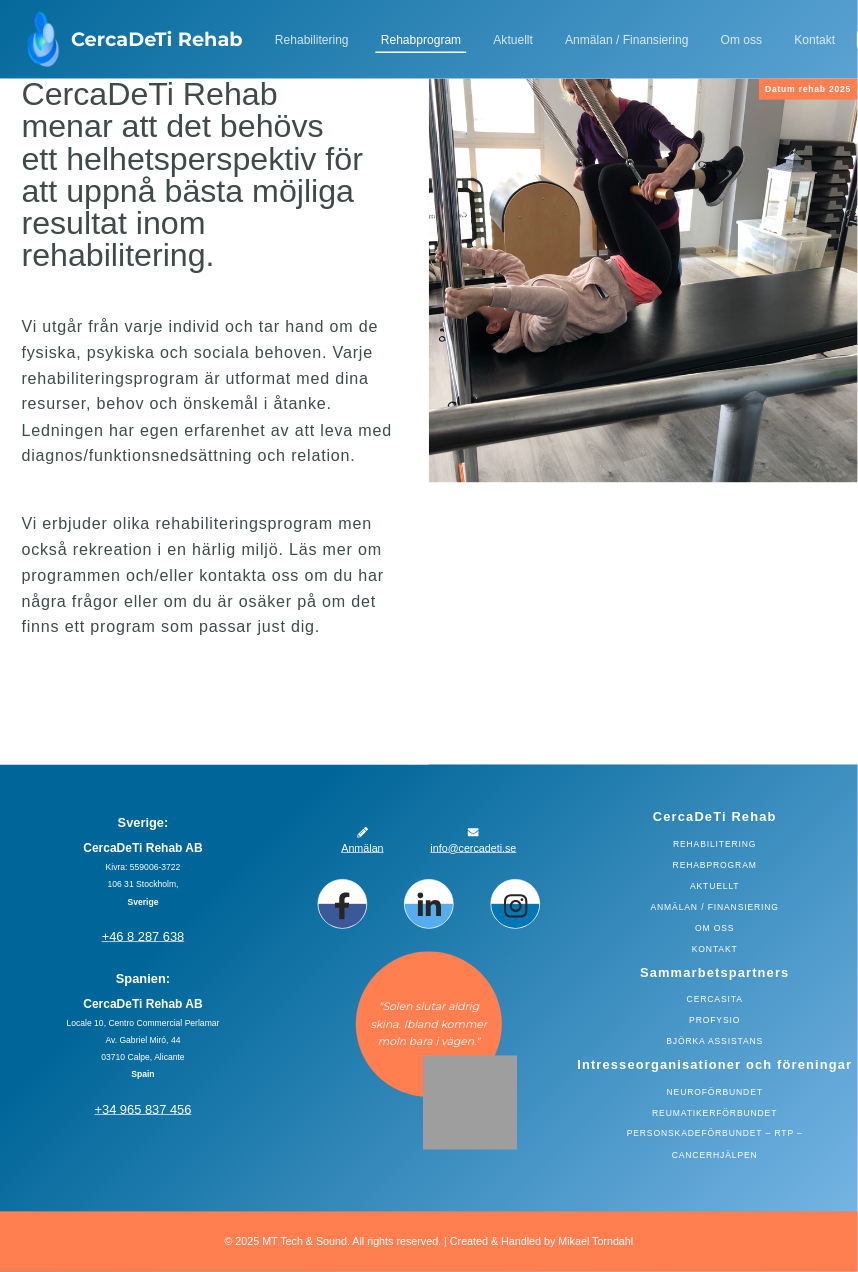
Repository: micketorndahl/CercaDeTi-rehab
Page: Rehabprogram.html
These files come from the project's save history. The page is drawn as it stood at one moment and after the next save; the edit follows.
The browser window is 1280 px wide. The pictures show the whole page, at 67% of full size.
Pictures or frames that could not be fetched are drawn as grey boxes. The page's requests for data from a server got no answer. Some web fonts or font styles are not loaded; a fallback is used. Some web libraries are served in a nearby version.

Above is the page before, as saved 2025-02-07 02:55:31.
Console error: TypeError: Cannot set properties of null (setting 'innerHTML')

### Rehabprogram.html
<!DOCTYPE html>
<html lang="en">
  <head>
    <meta charset="UTF-8" />
    <meta name="viewport" content="width=device-width, initial-scale=1.0" />

    <link
      rel="stylesheet"
      href="https://use.fontawesome.com/releases/v5.6.3/css/all.css"
      integrity="sha384-UHRtZLI+pbxtHCWp1t77Bi1L4ZtiqrqD80Kn4Z8NTSRyMA2Fd33n5dQ8lWUE00s/"
      crossorigin="anonymous"
    />

    <script src="https://cdnjs.cloudflare.com/ajax/libs/font-awesome/5.15.4/js/all.min.js"></script>

    <link rel="stylesheet" href="style.css" />
    <link rel="stylesheet" href="tailwind.css" />
    <title>CercaDeTi Rehab</title>
  </head>
  <body>
    <div class="site-container">
      <header class="header">
        <div class="logo-wrapper">
          <div class="logo">
            <div class="logo-and-text">
              <a href="index.html">
                <img src="/images/cropped-CDTR.gif" alt="Logo" />
                <h1 class="cercadeti">CercaDeTi Rehab</h1>
              </a>
            </div>
          </div>
        </div>

        <nav class="main-nav">
          <div class="nav-container">
            <ul>
              <li>
                <a href="rehabilitering.html">Rehabilitering</a>
              </li>
              <li>
                <a href="rehabprogram.html" class="active">Rehabprogram</a>
              </li>
              <li><a href="aktuellt.html">Aktuellt</a></li>
              <li><a href="anmalan-finans.html">Anmälan / Finansiering</a></li>
              <li><a href="om-oss.html">Om oss</a></li>
              <li><a href="kontakt.html">Kontakt</a></li>
            </ul>
          </div>
        </nav>

        <div class="social-container">
          <div class="social">
            <ul>
              <li>
                <a
                  href="https://www.facebook.com/CercadetiRehab/"
                  title="Facebook"
                  ><i class="fab fa-facebook-f icon"></i
                ></a>
              </li>
              <li>
                <a
                  href="https://www.linkedin.com/company/cercadeti-rehab-ab"
                  title="LinkedIn"
                  ><i class="fab fa-linkedin-in icon"></i
                ></a>
              </li>
              <li>
                <a
                  href="https://www.instagram.com/cercadetirehab/"
                  title="Instagram"
                  ><i class="fab fa-instagram icon"></i
                ></a>
              </li>
            </ul>
          </div>
          <!-- DATES START -->
          <div class="dates-index">
            <div class="card-index">
              <h3>Datum rehab 2025</h3>
              <ul>
                <li>
                  5 – 26 April 2025
                  <a href="anmalan-form.html?period=april" class="label-tag"
                    >Anmäl</a
                  >
                </li>
                <li>
                  10 – 31 Maj 2025
                  <a href="anmalan-form.html?period=maj" class="label-tag"
                    >Anmäl</a
                  >
                </li>
                <li>
                  6 – 27 September 2025
                  <a href="anmalan-form.html?period=september" class="label-tag"
                    >Anmäl</a
                  >
                </li>
                <li>
                  4 – 25 Oktober 2025
                  <a href="anmalan-form.html?period=oktober" class="label-tag"
                    >Anmäl</a
                  >
                </li>
                <li>
                  1 – 22 November 2025
                  <a href="anmalan-form.html?period=november" class="label-tag"
                    >Anmäl</a
                  >
                </li>
              </ul>
            </div>
          </div>
          <!-- DATES END -->
        </div>
      </header>

      <!-- MAIN START -->
      <main>
        <div class="container-rehabprogram">
          <div class="rehabprogram-and-banner-container">
            <section class="rehabprogram">
              <h2>
                CercaDeTi Rehab menar att det behövs ett helhetsperspektiv för
                att uppnå bästa möjliga resultat inom rehabilitering.
              </h2>
              <p>
                Vi utgår från varje individ och tar hand om de fysiska, psykiska
                och sociala behoven. Varje rehabiliteringsprogram är utformat
                med dina resurser, behov och önskemål i åtanke. Ledningen har
                egen erfarenhet av att leva med diagnos/funktionsnedsättning och
                relation.
              </p>

              <p>
                Vi erbjuder olika rehabiliteringsprogram men också rekreation i
                en härlig miljö. Läs mer om programmen och/eller kontakta oss om
                du har några frågor eller om du är osäker på om det finns ett
                program som passar just dig.
              </p>
            </section>

            <div class="banner-rehabprogram" id="banner-rehabprogram">
              <!-- Background layers -->
              <div class="image1"></div>
              <div class="image2"></div>
              <div class="image3"></div>
              <div class="image4"></div>
              <div class="image5"></div>
              <div class="image6"></div>
              <!-- Banner Content -->
              <div class="banner-content-rehabprogram">
                <div class="ctas-container">
                  <a href="#main" class="button-CTA">Program</a>
                </div>
              </div>
            </div>
          </div>

          <!-- <section class="programs-list">
            Lorem ipsum, dolor sit amet consectetur adipisicing elit. Minima
            dolorum facilis voluptate sit, et nostrum accusantium aut earum
            explicabo vitae! Similique excepturi a explicabo officiis. Deleniti
            dolor delectus nobis dolore. Aspernatur magnam hic rem mollitia
            porro corrupti quia repellendus fugit laborum nemo exercitationem
            tenetur maiores ipsa autem iure dolorem vero suscipit quibusdam,
            dolor aliquam error ad neque. Molestias, quae! Nemo? Veritatis modi
            quidem est quos? Dolorem ab libero unde ex natus minima laboriosam
            voluptates, nemo dignissimos, voluptatibus consequatur magni.
            Deserunt nihil rem molestias illum voluptatem in doloribus vel
            voluptatibus deleniti. Dolores, qui aut odio, mollitia culpa
            doloremque repellat tempora repellendus, excepturi unde quisquam.
            Alias quos, labore doloremque doloribus laboriosam aspernatur quo
            suscipit explicabo sequi quibusdam, eveniet, voluptatibus
            accusantium recusandae modi! A, voluptatum sequi explicabo incidunt
            perspiciatis quod non repellendus distinctio aliquid ab sunt vel
            dignissimos earum impedit minus voluptate, dolorem iusto labore
            officia eos perferendis corrupti dolorum fugiat. Sapiente,
            veritatis. Fuga optio quas obcaecati cum ab eligendi odio eum maxime
            nam doloremque fugiat corrupti soluta dolores qui non sunt
            praesentium, voluptates placeat error nemo voluptatem quaerat
            provident! Totam, aliquid consectetur. Adipisci delectus praesentium
            aliquid, eligendi, inventore nesciunt explicabo, ratione
            reprehenderit enim a commodi nobis sint atque? Vel, inventore. Vel
            veniam aut temporibus earum cum provident vitae ipsum sed incidunt
            ducimus? Fuga saepe est quo! Fugiat consectetur quas tempora eum id,
            sit odit nobis nihil non commodi illo rerum doloribus consequatur
            repellat dolore vitae voluptas sint saepe pariatur. Voluptates,
            eaque illo. Reprehenderit quod ea laboriosam eaque unde! Hic
            doloribus voluptatem adipisci earum incidunt sunt dolorem
            praesentium non ullam quisquam, iure quod reprehenderit recusandae
            iusto dolor autem consequatur ducimus dolorum molestiae porro.
            Labore in voluptatum quas consequuntur eos mollitia rerum. Doloribus
            veniam reprehenderit consectetur eius molestias sint asperiores
            commodi fugiat aperiam beatae! Id animi sed reiciendis cum
            blanditiis? Nihil sit dolores praesentium.
          </section> -->
        </div>
      </main>
      <!-- MAIN END -->

      <!-- FOOTER START -->
      <footer class="footer-container">
        <div class="footer-top">
          <div class="footarea1 footer-shared">
            <address class="address-shared address-se">
              <h5>Sverige:</h5>
              <strong
                ><span class="address-company-name"
                  >CercaDeTi Rehab AB</span
                ></strong
              ><br />
              <span class="address-location">Kivra: 559006-3722</span><br />
              <span class="address-city">106 31 Stockholm,</span><br />
              <span class="address-country"
                ><strong>Sverige</strong><br
              /></span>
              <br />
              <span class="telephone"
                ><a href="tel:+468287638">+46 8 287 638</a></span
              >
            </address>

            <div class="address-shared address-es">
              <address>
                <h5>Spanien:</h5>
                <strong
                  ><span class="address-company-name"
                    >CercaDeTi Rehab AB</span
                  > </strong
                ><br />
                <span class="address-location"
                  >Locale 10, Centro Commercial Perlamar</span
                ><br />
                <span class="address-street">Av. Gabriel Miró, 44</span><br />
                <span class="address-city">03710 Calpe, Alicante<br /></span>
                <span class="address-country"
                  ><strong>Spain</strong><br
                /></span>
                <br />
                <span class="telephone"
                  ><a href="tel:+34965837456">+34 965 837 456</a></span
                >
              </address>
            </div>
          </div>
          <div class="footarea2 footer-shared">
            <div class="footarea2-links">
              <a href="anmalan-finans.html"
                ><i class="fas fa-pencil-alt"></i> Anmälan</a
              >
              <a href="mailto:info@cercadeti.se"
                ><i class="fas fa-envelope"></i> info@cercadeti.se</a
              >
            </div>
            <div class="social-footer">
              <ul>
                <li>
                  <a
                    href="https://www.facebook.com/CercadetiRehab/"
                    title="Facebook"
                  >
                    <i class="fab fa-facebook-f icon"></i>
                  </a>
                </li>

                <li>
                  <a
                    href="https://www.linkedin.com/company/cercadeti-rehab-ab"
                    title="LinkedIn"
                    ><i class="fab fa-linkedin-in icon"></i
                  ></a>
                </li>
                <li>
                  <a
                    href="https://www.instagram.com/cercadetirehab/"
                    title="Instagram"
                    ><i class="fab fa-instagram icon"></i
                  ></a>
                </li>
              </ul>
            </div>
            <div class="image-container-footer">
              <div class="image-wrapper">
                <p class="footer-quote">
                  "Solen slutar aldrig skina. Ibland kommer moln bara i vägen."
                </p>
                <img src="images/weelchair.icon.png" alt="wheelchair-icon" />
              </div>
            </div>
          </div>
          <div class="footarea3 footer-shared">
            <nav class="footer-nav">
              <div class="link-column1">
                <h4>CercaDeTi Rehab</h4>
                <ul>
                  <li><a href="rehabilitering.html">Rehabilitering</a></li>
                  <li><a href="rehabprogram.html">Rehabprogram</a></li>
                  <li><a href="aktuellt.html">Aktuellt</a></li>
                  <li>
                    <a href="anmalan-finans.html">Anmälan / Finansiering</a>
                  </li>
                  <li><a href="om-oss.html">Om oss</a></li>
                  <li><a href="kontakt.html">Kontakt</a></li>
                </ul>
              </div>

              <div class="link-column2">
                <h4>Sammarbetspartners</h4>
                <ul>
                  <li><a href="https://cercasita.com/">Cercasita</a></li>
                  <li><a href="https://profysio.es/">ProFysio</a></li>
                  <li>
                    <a href="https://www.bjorka-assistans.se/"
                      >Björka Assistans</a
                    >
                  </li>
                </ul>
              </div>

              <div class="link-column3">
                <h4>Intresseorganisationer och föreningar</h4>
                <ul>
                  <li><a href="https://neuro.se/">Neuroförbundet</a></li>
                  <li>
                    <a href="https://reumatiker.se/">Reumatikerförbundet</a>
                  </li>
                  <li>
                    <a href="https://rtp.se/">Personskadeförbundet – RTP – </a>
                  </li>
                  <li>
                    <a href="http://www.cancerhjalpen.se/">Cancerhjälpen</a>
                  </li>
                </ul>
              </div>
            </nav>
          </div>
        </div>
        <div class="footer-bottom">
          <div class="copyright">
            &copy; 2025 MT Tech &amp; Sound. All rights reserved. | Created
            &amp; Handled by Mikael Torndahl
          </div>
          <div class="additional-info"></div>
        </div>
      </footer>
      <!-- FOOTER END -->
    </div>
    <!-- SCRIPT SRCS -->
    <script src="js/script.js"></script>
    <script src="js/weather-api.js"></script>
  </body>
</html>

### style.css
@import url("css/reset.css");
@import url("css/standard.css");
@import url("css/variables.css");
@import url("css/typography.css");
@import url("css/layout.css");
@import url("css/navigation.css");
@import url("css/post.css");
@import url("css/footer.css");
@import url("css/searchbox.css");
@import url("css/page-templates.css");
@import url("css/mq-tablet.css");
@import url("css/mq-phone.css");
@import url("css/effects.css");
@import url("css/specific-classes.css");

### css/standard.css
/*
/* STANDARD
*/

html {
  scroll-behavior: smooth;
}

a {
  text-decoration: none;
}

[class*="fa"]:not([class*="fab"]) {
  display: block;
  margin: 0 auto;
  padding: 0.2rem;
}

### css/typography.css
/*
/* HEADLINES
*/

body {
  background-color: hsla(var(--white-hsl), 1);
  color: var(--gray-paragraph);
  font-style: normal;
}

.container-index p {
  font-size: 1.5rem;
  font-weight: 300;
  pre-wrap: white-space;
  text-align: center;
  margin: var(--margin);
  word-wrap: break-word;
}

.container-index p.important-paragraph {
  font-size: 2rem;
  font-weight: 700;
}

body,
body p,
.address-company-name,
address span,
h1,
h2,
h3,
h4,
h5,
h6 {
  font-family: var(--font-secondary), sans-serif;
  margin: 0;
  padding: 0;
  line-height: var(--body-font-line-height);
}

h1,
h2,
h3,
h4,
h5,
h6 {
  font-weight: bold;
}

h1 {
  font-size: 2rem;
}
h2 {
  font-size: calc(4rem + 1vw);
}

h3 {
  font-size: 1.6rem;
  color: hsla(var(--white-hsl), 1);
  margin-bottom: 0.5rem;
  letter-spacing: 0.09em;
}
h4 {
  font-size: 1.2rem;
  color: hsla(var(--white-hsl), 1);
  margin-bottom: 0.5rem;
  letter-spacing: 0.09em;
}
h5 {
  font-size: 1.2rem;
  font-style: normal;
  padding: 0;
}
h6 {
  font-size: 1rem;
}

.banner-content h2 {
  font-family: var(--font-ten), sans-serif;
  font-size: 6rem;
  font-style: bold;
  line-height: 1.2;
  margin-top: 1vmax;
  color: hsla(var(--white-hsl), 1);
}

header h3 {
  display: flex;
  justify-content: center;
  color: hsla(var(--white-hsl), 1);
  font-size: 1vmax;
  text-align: center;
  padding: 0.5rem;
  margin: 0;
}

.card-index li {
  color: hsla(var(--white-hsl), 1);
}

.address-company-name {
  font-size: 1.4vmax;
  font-weight: bold;
  font-style: normal;
}

address span {
  font-style: normal;
  font-size: 1vmax;
  font-weight: 400;
  margin: 0;
  padding: 0;
}

.aktuellt p.important-paragraph {
  font-size: 1.5vmax;
  font-weight: 700;
}

.aktuellt p.latest-paragrafh {
  font-size: 1.3rem;
  font-weight: 700;
  font-style: normal;
  color: var(--text-dark);
}

.omoss h2,
.rehabprogram h2 {
  font-size: 3rem;
  font-weight: 500;
  color: var(--text-gray);
  text-align: left;
  margin-left: var(--margin);
  padding-top: var(--padding-top: 6rem;)
  padding-bottom: 2vmax;
  width: 80%;
}

.omoss .company-info p,
.rehabprogram p {
  display: flex;
  font-size: 1.5rem;
  margin: var(--margin);
  color: var(--text-gray);
  word-break: break-word;
  letter-spacing: 0.05em;
}

.bold {
  font-weight: 900;
}

### css/navigation.css
/* NAV */

.main-nav {
  display: flex;
  justify-content: space-around;
  align-items: center;
  padding: 0;
  flex-grow: 0;
  flex-shrink: 0;
}

nav.main-nav ul {
  display: flex;
  justify-content: center;
  margin: 0;
  padding: 0;
}

nav.main-nav ul li {
  list-style: none;
  margin: 0 1rem;
}

.main-nav a {
  position: relative;
  display: inline-block;
  padding: 0.5rem;
  text-decoration: none;
  transition: color 0.2s ease-in-out;
}

nav.main-nav ul li a {
  font-family: var(--font-secondary), sans-serif;
  font-size: 18px;
  font-weight: 400;
  line-height: 1rem;
  /* Slightly darker default color */
  color: var(--dullwhite);
  text-decoration: none;
  transition: all 0.4s ease-in-out;
}

.nav-container {
  display: flex;
}

nav.main-nav ul li a:hover {
  color: var(--white); /* Brighter on hover */
}

nav.main-nav ul li a.active {
  color: var(--white); /* Brightest when active */
}

nav.main-nav ul li a.active::after {
  content: "";
  position: absolute;
  left: 0;
  bottom: -4px;
  width: 100%;
  height: 1px; /* Adjusted height here */
  background-color: var(--white);
  border-radius: 2px;
  transition: transform 0.3s ease, background-color 0.3s ease;
}

/* Hover underline that grows from the left */
nav.main-nav ul li a::after {
  content: "";
  position: absolute;
  left: 0;
  bottom: -4px;
  width: 0;
  height: 1px;
  background-color: var(--white);
  border-radius: 2px;
  transition: width 0.6s ease, background-color 0.6s ease;
  opacity: 0;
}

nav.main-nav ul li a:hover::after {
  width: 100%;
  opacity: 1;
  height: 1px;
}

/* Active link styles */
nav.main-nav ul li a.active::after {
  width: 100%;
  height: 2px; /* Adjusted height here */
  opacity: 1;
}

.social-container {
  display: flex;
  justify-content: space-evenly;
  padding: 0;
  margin: 0;
  align-items: center;
  flex-grow: 1;
  flex-shrink: 1;
}

.social ul {
  display: flex;
  margin: 0;
  padding: 0;
}

.social li {
  margin: 0 0.5rem;
}

.social ul > li > a {
  margin: 0;
  padding: 0;
}

.ctas-container {
  display: flex; /* Aligns buttons side by side */
  justify-content: center;
  align-items: center;
}

### css/post.css
/*
/* POST */
/*

### css/footer.css
/* FOOTER */

footer.footer-container {
  display: flex;
  flex-direction: column; /* Stack footer sections vertically */
  justify-content: space-around; /* Space sections evenly */
  margin-top: auto;
  background: var(--background-color-blue);
  box-shadow: 0 1px 3px rgba(0, 0, 0, 0.1), 0 1px 2px rgba(0, 0, 0, 0.06);
  padding-top: 5vmax;
}

.footer-top {
  /* New wrapper for the top sections */
  display: flex;
  justify-content: space-around;
}

footer .footarea1,
footer .footarea2,
footer .footarea3 {
  flex: 1;
}

footer .footarea1 {
  text-align: center;
}

.footarea1 a,
.footarea2 a {
  display: inline-block;
  color: var(--white);
  text-decoration: underline;
  transition: all 0.4s ease-in-out;
}

.footarea1 a:hover {
  transform: scale(1.05);
}

footer .footarea2 {
  display: flex;
  flex-direction: column;
  text-align: center;
}

footer .footarea2 img {
  width: 11vmax;
  height: 11vmax;
  text-align: center;
  padding: 6vmax;
  margin: 0 auto;
}

.footarea2-links {
  display: flex;
  flex-direction: row;
  justify-content: space-evenly;
  align-items: center;
  margin: 0;
  padding: 1.5vmax;
}

.footarea2-links a {
  color: var(--white);
  text-decoration: underline;
  padding: 0.5vmax;
}

.footarea2-links a:hover {
  padding: 0.5vmax;
  transform: scale(1.1);
}

footer .footarea3 {
  text-align: center;
}

footer .footarea3 h3 {
  margin: 0 auto;
  text-align: center;
}

footer .footarea3 a {
  color: var(--white);
}

.footarea3 ul {
  margin: 0.4vmax 0;
}

.footarea3 ul li {
  margin: 0.3vmax 0;
  padding: 0.5vmax;
}

.footer-nav ul li a {
  font-style: normal;
  font-weight: 400;
  line-height: 1.2vmax;
  letter-spacing: 0.1vmax;
  color: var(--white);
  text-transform: initial;
  transition: color 0.3s ease;
}

.social-footer ul {
  display: flex;
  flex-direction: row;
  justify-content: space-evenly;
  align-items: center;
  margin: 0;
  padding: 0;
}

.social-footer li {
  margin: 0.5rem;
}

.address-shared {
  font-size: 1rem;
  padding: 0;
  margin-bottom: 2rem;
  color: var(--white);
}

.address-shared h5 {
  margin: 0.5rem;
  padding: 0;
}

address a {
  text-decoration: none;
  color: var(--white);
}

.address-city {
  margin-bottom: 15px;
}

.telephone {
  font-size: 1.5vmax;
}

.image-container-footer {
  width: 17vmax;
  height: 17vmax;
  background-color: var(--color-secondary);
  padding: 0;
  margin: 2vmax auto;
  border-radius: 50%;
  display: flex;
  justify-content: center;
  align-items: center;
  position: relative;
  margin-bottom: 2vmax; /* Add some space between circle and bottom */
}

.image-container-footer img {
  position: absolute;
  bottom: -155px;
  right: -100px;
  padding: 0; /* Reset padding */
  margin: 0; /* Reset margin */
}

.footer-quote {
  font-family: var(--font-eight), sans-serif;
  font-size: 1rem;
  font-style: italic;
  color: var(--white);
  padding: 0.5rem;
  margin: 0.5rem;
}

.footer-bottom {
  background-color: var(--color-secondary); /* Or match footer background */
  color: var(--white);
  padding: 2rem 0; /* Add some padding top and bottom */
  margin-top: 4rem;
  text-align: center; /* Center the text */
  display: flex;
  flex-direction: column; /* Stack copyright and info */
  align-items: center; /* Center horizontally */
}

### css/searchbox.css
/*
/* SEARCHBOX */
/*

### css/mq-tablet.css
/*
/* MQ-TABLET */
/*

### css/mq-phone.css
/*
/* MQ-PHONE*/
/*

### css/specific-classes.css
.wrapper-color1 {
  background-color: var(--wrapper-color1);
}

.wrapper-color2 {
  background-color: var(--wrapper-color2);
}

.wrapper-color3 {
  background-color: var(--wrapper-color3);
}

.wrapper-color4 {
  background-color: var(--wrapper-color4);
}

.wrapper-color5 {
  background-color: var(--wrapper-color5);
}

.wrapper-color6 {
  background-color: var(--wrapper-color6);
}

.wrapper-color7 {
  background-color: var(--wrapper-color7);
}

.wrapper-color8 {
  background-color: var(--wrapper-color8);
}

.padding-1 {
  padding-top: 6.6rem;
  padding-bottom: 6.6rem;
}

Loaded but not shown: tailwind.css (library); js/script.js (232 lines, source omitted); js/weather-api.js (90 lines, source omitted); css/page-templates.css (1044 lines, source omitted); css/layout.css (396 lines, source omitted); css/effects.css (384 lines, source omitted); css/reset.css (364 lines, source omitted); css/variables.css (111 lines, source omitted)

After the next save:
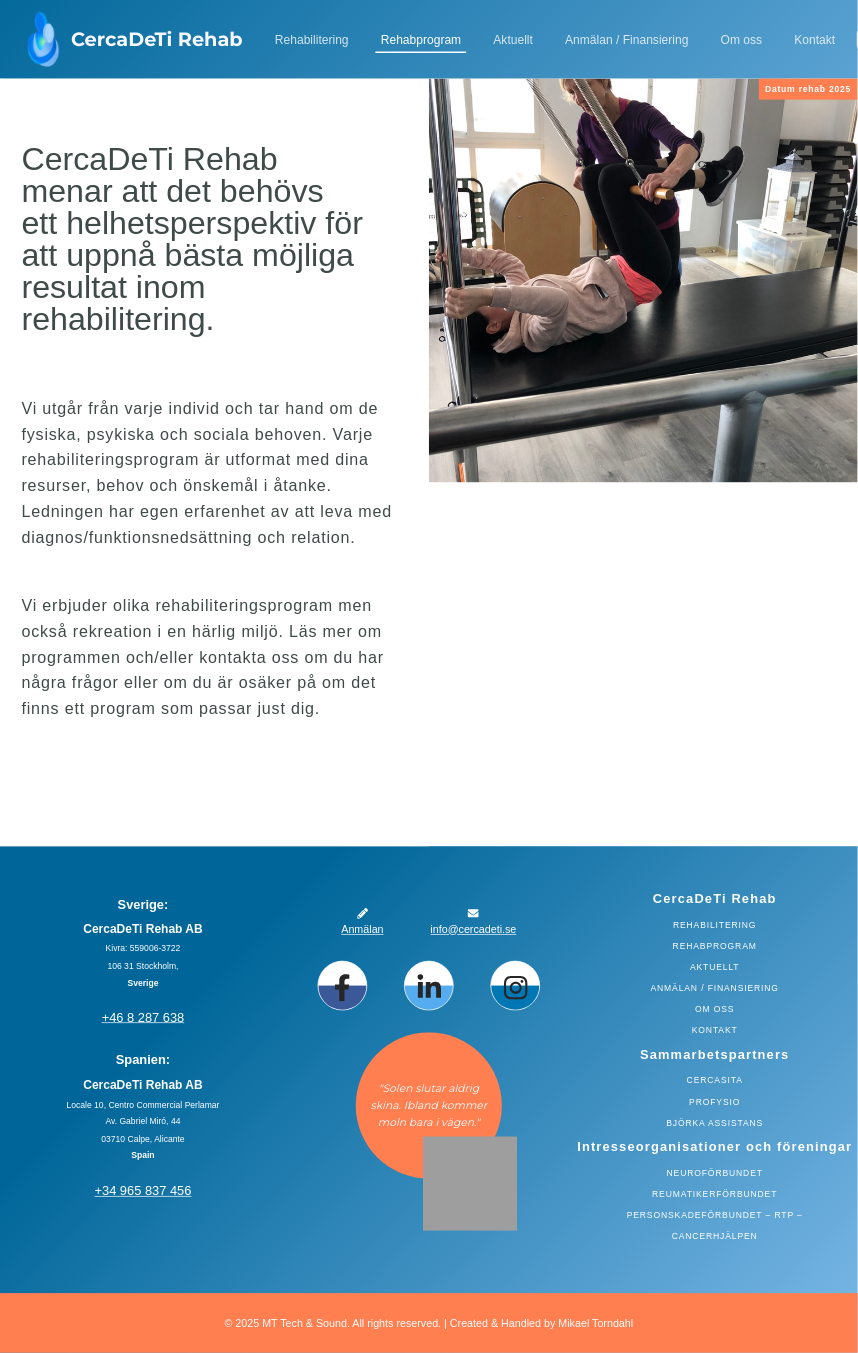
Saved 38 s later.
--- a/css/typography.css
+++ b/css/typography.css
@@ -131,7 +131,7 @@
   color: var(--text-gray);
   text-align: left;
   margin-left: var(--margin);
-  padding-top: var(--padding-top: 6rem;)
+  padding-top: var(--padding-top);
   padding-bottom: 2vmax;
   width: 80%;
 }
